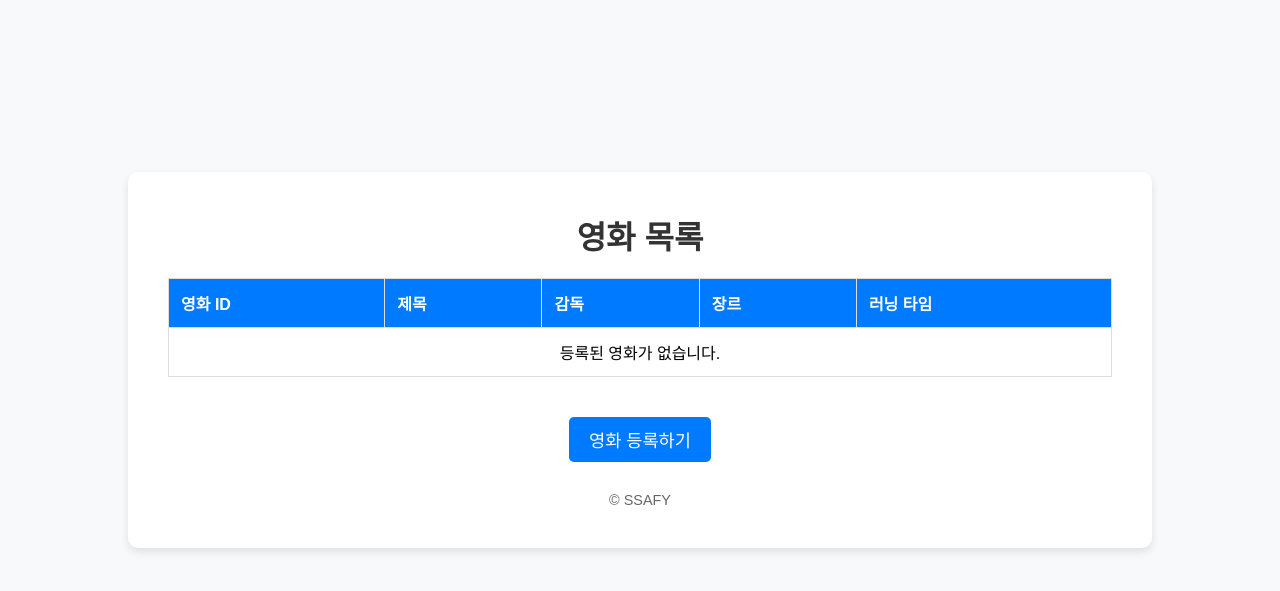
Repository: s00ngle/SSAFY-BE
Page: http://localhost/back_db_ws_10_2/list.jsp
An editor plug-in stored every save of this project. The page is shown before and after the next save, followed by the edit.
The browser window is 1280 px wide. The pictures show the whole page.
The page is served by Tomcat 10. Other server files are loaded and not shown. The template is opened directly, without the code that normally fills it, so the values that code supplies are empty.

Above is the page before, as saved 2024-09-25 05:46:04.

### back_db_ws_10_2/src/main/webapp/list.jsp
<%@page import="com.ssafy.ws.step2.dto.Movie"%>
<%@page import="java.util.List"%>
<%@ page language="java" contentType="text/html; charset=UTF-8"%>

<%
	String root = request.getContextPath();
	List<Movie> list = (List<Movie>) request.getAttribute("movies");
%>

<!DOCTYPE html>
<html lang="ko">
<head>
    <meta charset="UTF-8">
    <meta name="viewport" content="width=device-width, initial-scale=1.0">
    <title>영화 목록</title>
    <style>
        * {
            box-sizing: border-box;
            margin: 0;
            padding: 0;
            font-family: 'Arial', sans-serif;
        }
        body {
            background-color: #f8f9fa;
            display: flex;
            justify-content: center;
            align-items: center;
            height: 100vh;
        }
        .container {
            width: 80%;
            background-color: #fff;
            padding: 40px;
            border-radius: 10px;
            box-shadow: 0 4px 8px rgba(0, 0, 0, 0.1);
            text-align: center;
        }
        h1 {
            font-size: 2em;
            color: #333;
            margin-bottom: 20px;
        }
        table {
            width: 100%;
            border-collapse: collapse;
            margin: 20px 0;
        }
        th, td {
            padding: 12px;
            border: 1px solid #ddd;
            text-align: left;
        }
        th {
            background-color: #007BFF;
            color: white;
        }
        tr:nth-child(even) {
            background-color: #f2f2f2;
        }
        tr:hover {
            background-color: #e9ecef;
        }
        a {
            display: inline-block;
            text-decoration: none;
            padding: 10px 20px;
            background-color: #007BFF;
            color: #fff;
            border-radius: 5px;
            font-size: 1.1em;
            margin-top: 20px;
            transition: background-color 0.3s ease;
        }
        a:hover {
            background-color: #0056b3;
        }
        footer {
            margin-top: 30px;
            font-size: 0.9em;
            color: #666;
        }
    </style>
</head>
<body>
    <div class="container">
        <h1>영화 목록</h1>
        <table>
            <thead>
                <tr>
                    <th>영화 ID</th>
                    <th>제목</th>
                    <th>감독</th>
                    <th>장르</th>
                    <th>러닝 타임</th>
                </tr>
            </thead>
            <tbody>
                <% if (list != null && !list.isEmpty()) { %>
                    <% for (Movie movie : list) { %>
                        <tr>
                            <td><%= movie.getId() %></td>
                            <td><%= movie.getTitle() %></td>
                            <td><%= movie.getDirector() %></td>
                            <td><%= movie.getGenre() %></td>
                            <td><%= movie.getRunningTime() %> 분</td>
                        </tr>
                    <% } %>
                <% } else { %>
                    <tr>
                        <td colspan="5" style="text-align: center;">등록된 영화가 없습니다.</td>
                    </tr>
                <% } %>
            </tbody>
        </table>
        <a href="<%= root %>/regist.jsp">영화 등록하기</a>
        <footer>
            &copy; SSAFY
        </footer>
    </div>
</body>
</html>

After the next save:
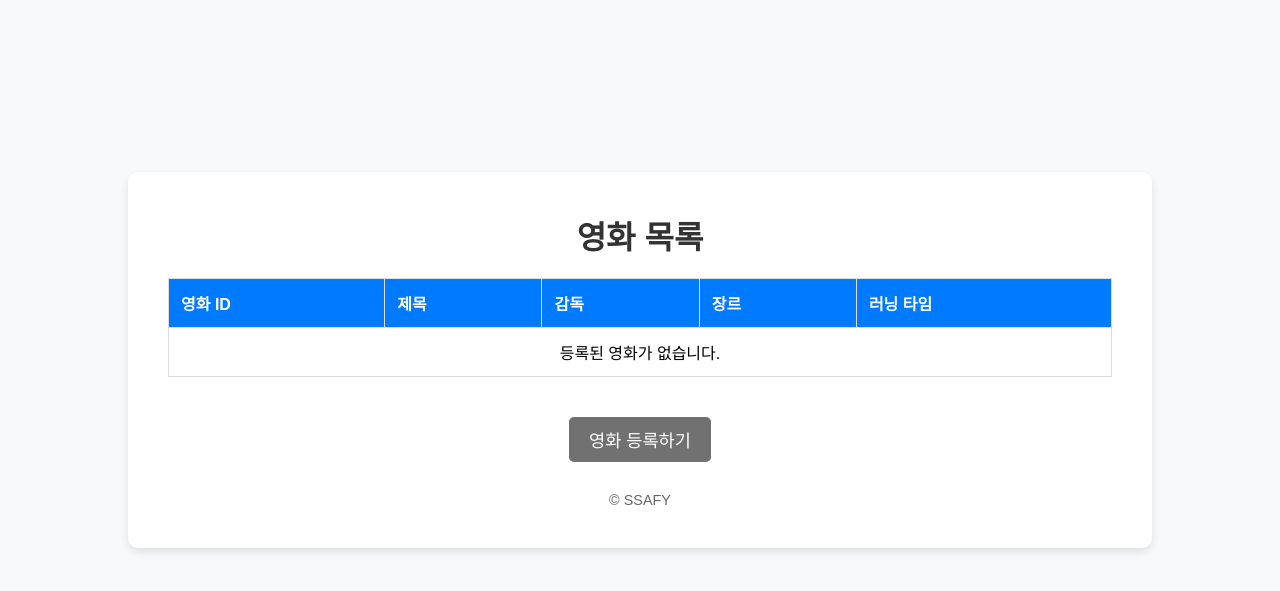
Saved 7 s later.
--- a/back_db_ws_10_2/src/main/webapp/list.jsp
+++ b/back_db_ws_10_2/src/main/webapp/list.jsp
@@ -64,7 +64,7 @@
             display: inline-block;
             text-decoration: none;
             padding: 10px 20px;
-            background-color: #007BFF;
+            background-color: #717171;
             color: #fff;
             border-radius: 5px;
             font-size: 1.1em;

After the save that followed:
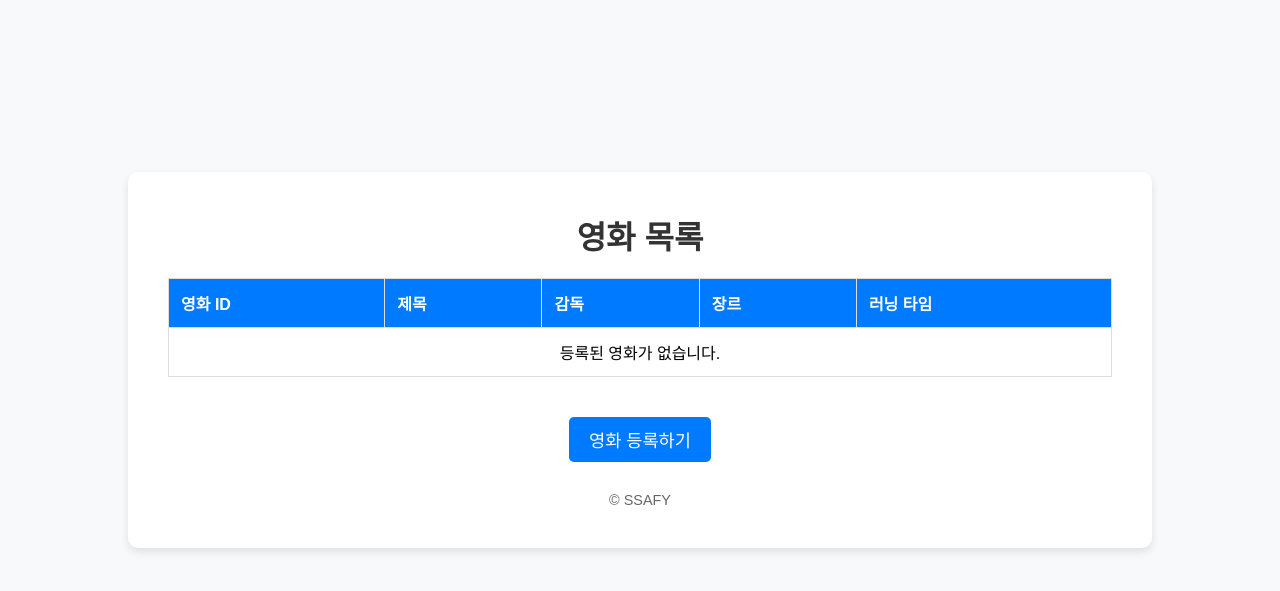
Saved 17 s later.
--- a/back_db_ws_10_2/src/main/webapp/list.jsp
+++ b/back_db_ws_10_2/src/main/webapp/list.jsp
@@ -64,7 +64,7 @@
             display: inline-block;
             text-decoration: none;
             padding: 10px 20px;
-            background-color: #717171;
+            background-color: #007BFF;
             color: #fff;
             border-radius: 5px;
             font-size: 1.1em;
